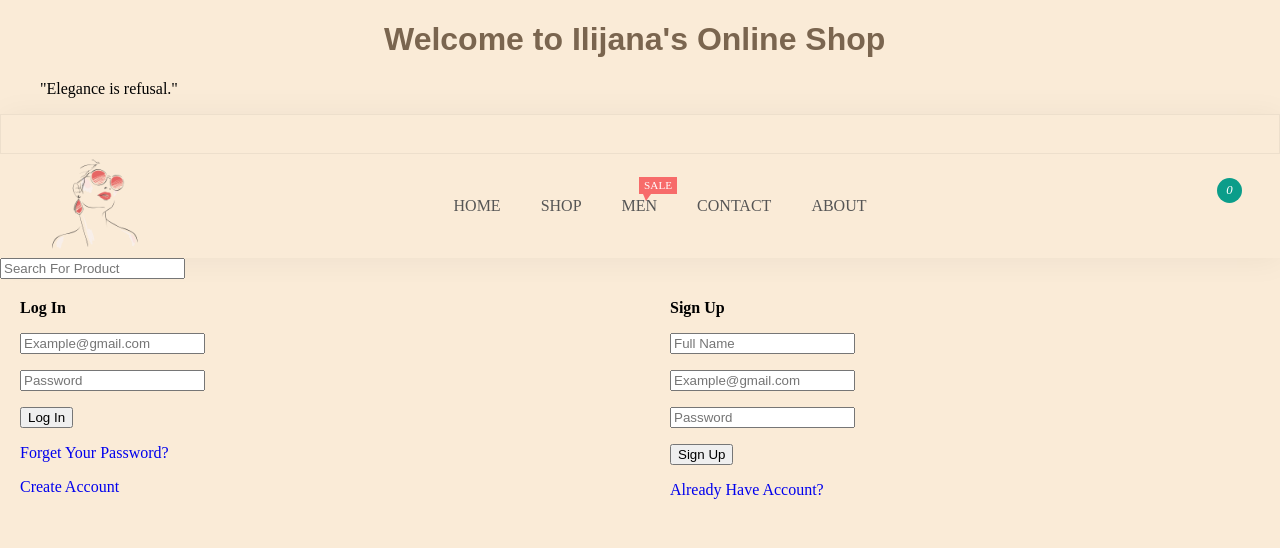
Repository: ilijana123/Proekt1
Page: html.html
The author's editor kept a copy of each file at every save. The page is drawn from the files as they stood at one save, then again after the next save.
The browser window is 1280 px wide. The pictures show the part of the page from y = 0 to 548 px (the page is 4364 px tall).
Pictures or frames that could not be fetched are drawn as grey boxes. A picture or video elsewhere on the page could not be fetched, so the positions and the page height are approximate. The page's requests for data from a server got no answer.

Above is the page before, as saved 2023-11-13 03:24:50.
Console error: TypeError: Cannot read properties of null (reading 'appendChild')

After the next save:
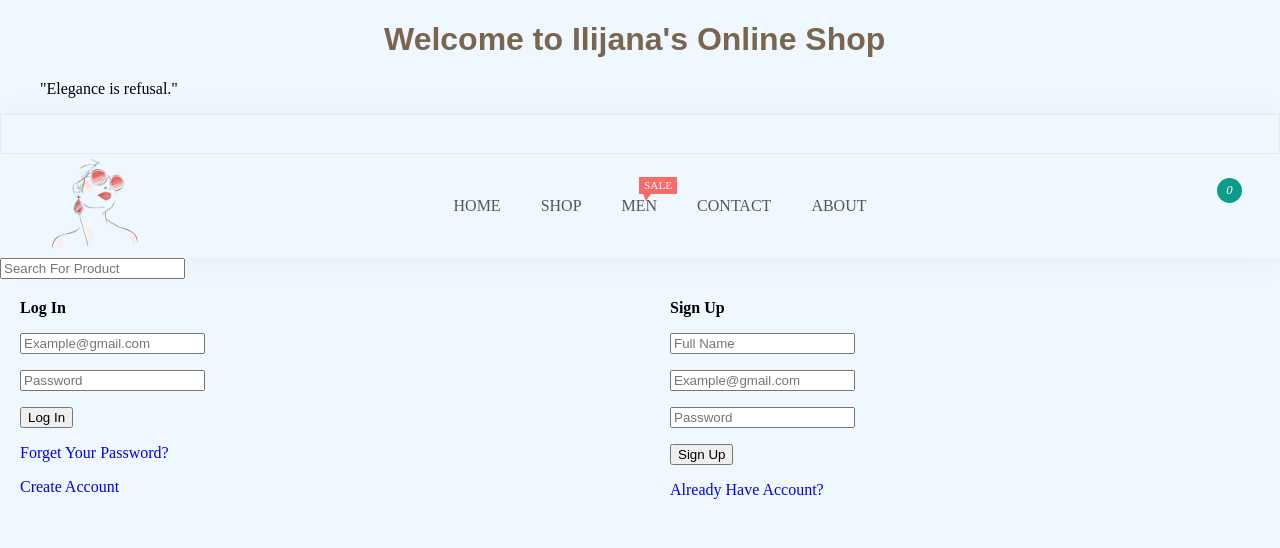
Saved 20 s later.
--- a/1.css
+++ b/1.css
@@ -12,7 +12,7 @@ body{
     margin:0px;
     padding: 0px;
     font-family: poppins;
-    background-color:antiquewhite;
+    background-color:aliceblue;
 }
 *{
     box-sizing: border-box;
